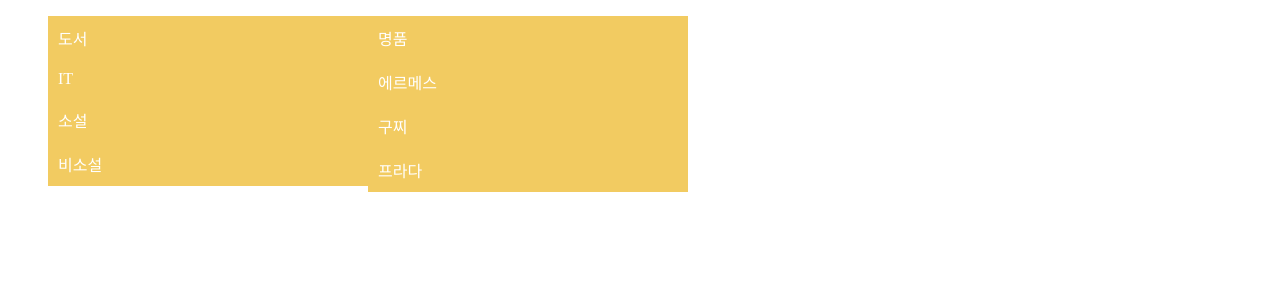
Repository: Shinhan1/shinhan
Page: http://localhost/web_goott/w20200324/jQueryEx14.jsp
An editor plug-in stored every save of this project. The page is shown before and after the next save, followed by the edit.
The browser window is 1280 px wide. The pictures show the whole page.
The page is served by Tomcat 9.

Above is the page before, as saved 2020-03-24 06:04:00.

After the next save:
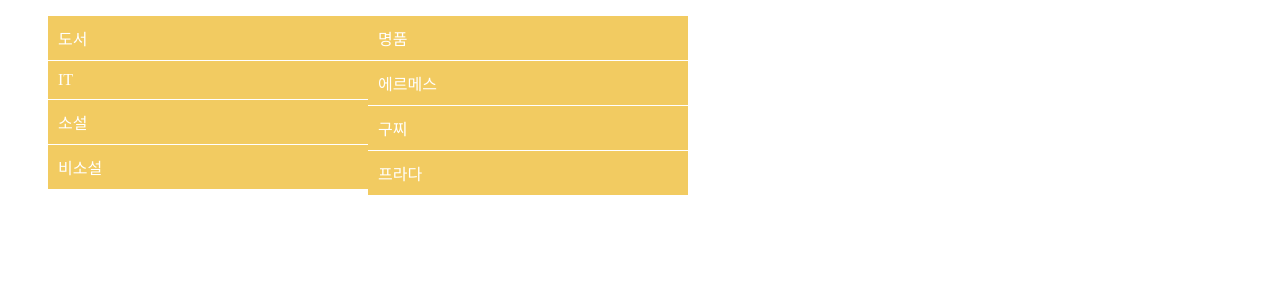
Saved 23 s later.
--- a/web_goott/WebContent/w20200324/jQueryEx14.jsp
+++ b/web_goott/WebContent/w20200324/jQueryEx14.jsp
@@ -27,6 +27,7 @@
 		color : white;
 		text-decoration: none;
 		padding: 10px;
+		border-bottom: 1px solid #fff;
 	}
 
 
